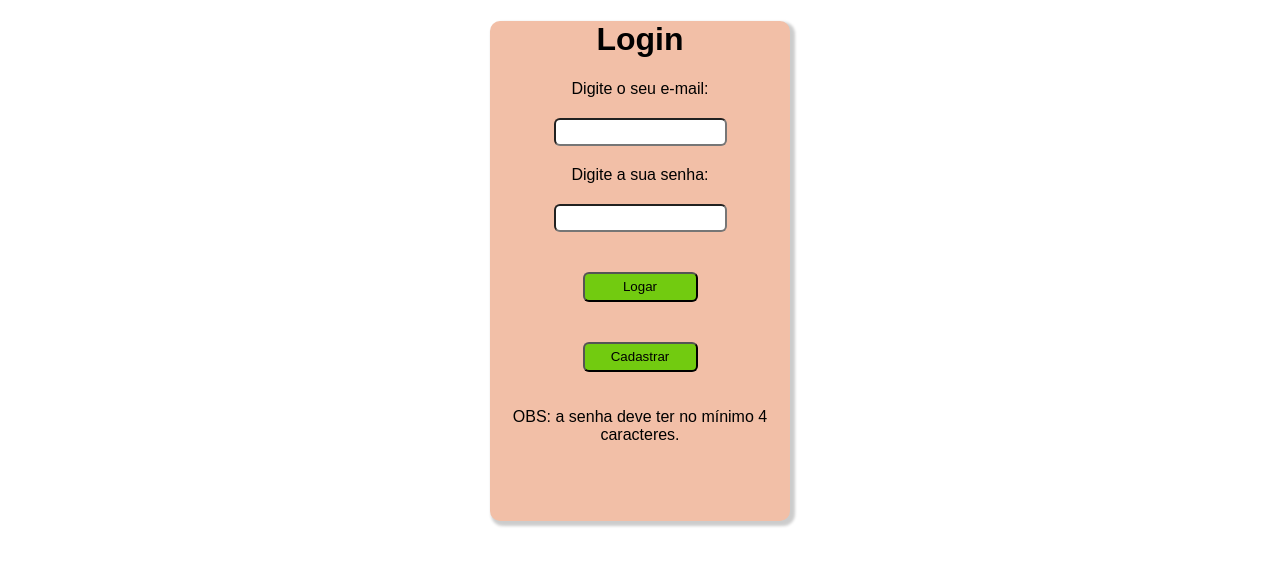
Repository: leviviana21/Java-web-login
Page: http://localhost/conexao_bd/
The author's editor kept a copy of each file at every save. The page is drawn from the files as they stood at one save, then again after the next save.
The browser window is 1280 px wide. The pictures show the whole page.
The page is served by Tomcat 9.

Above is the page before, as saved 2025-06-20 16:37:25.

After the next save:
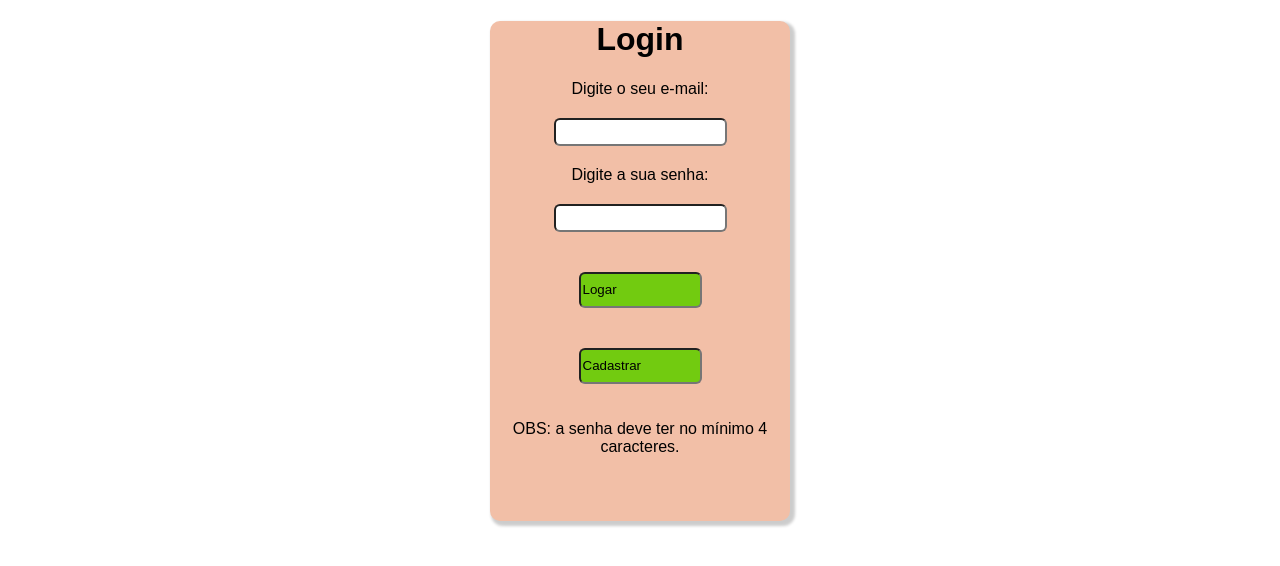
Saved 19 s later.
--- a/conexao_bd/src/main/webapp/index.jsp
+++ b/conexao_bd/src/main/webapp/index.jsp
@@ -18,8 +18,8 @@
         <label>Digite a sua senha: </label>
         <input type="password" name="txtSenha" class="emailsenha" >
         <br>
-        <input type="submit" value="Logar" name="botao" class="botao-login">
-        <input type="submit" onclick="window.location.href = dashboard.jsp" value="Cadastrar" name="botao" class="botao-login">
+        <input value="Logar" name="botao" class="botao-login">
+        <input onclick="window.location.href = dashboard.jsp" value="Cadastrar" name="botao" class="botao-login">
         <p>OBS: a senha deve ter no mínimo 4 caracteres.</p>
         <%
 			if(request.getAttribute("error") != null){
